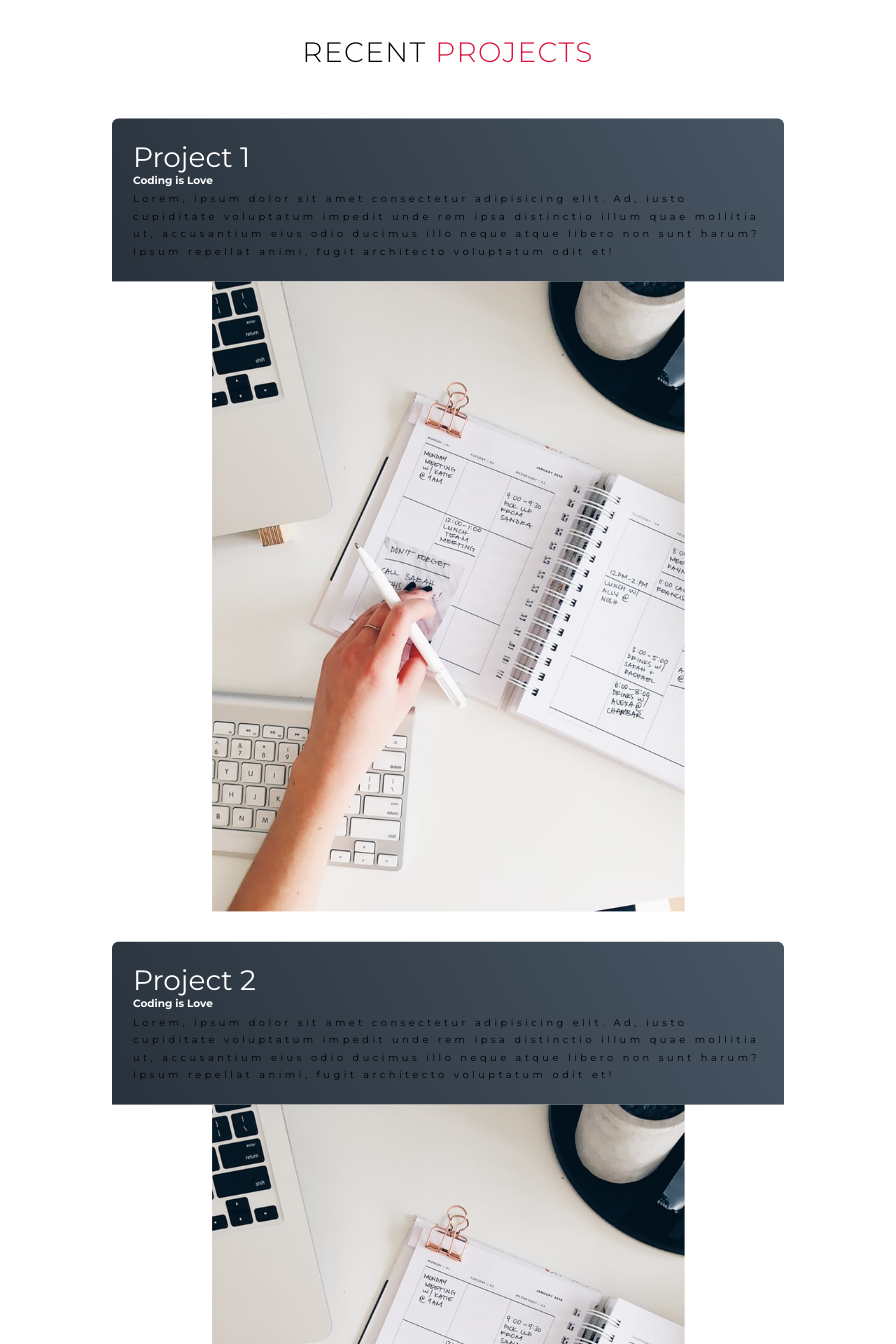
Repository: randysteele/my-portfolio-2023
Page: index.html
These files come from the project's save history. The page is drawn as it stood at one moment and after the next save; the edit follows.
The browser window is 1280 px wide. The pictures show the part of the page from y = 2230 to 4150 px (the page is 8372 px tall before and 8387 px after), at 70% of full size.

Above is the page before, as saved 2023-04-23 15:49:47.

After the next save:
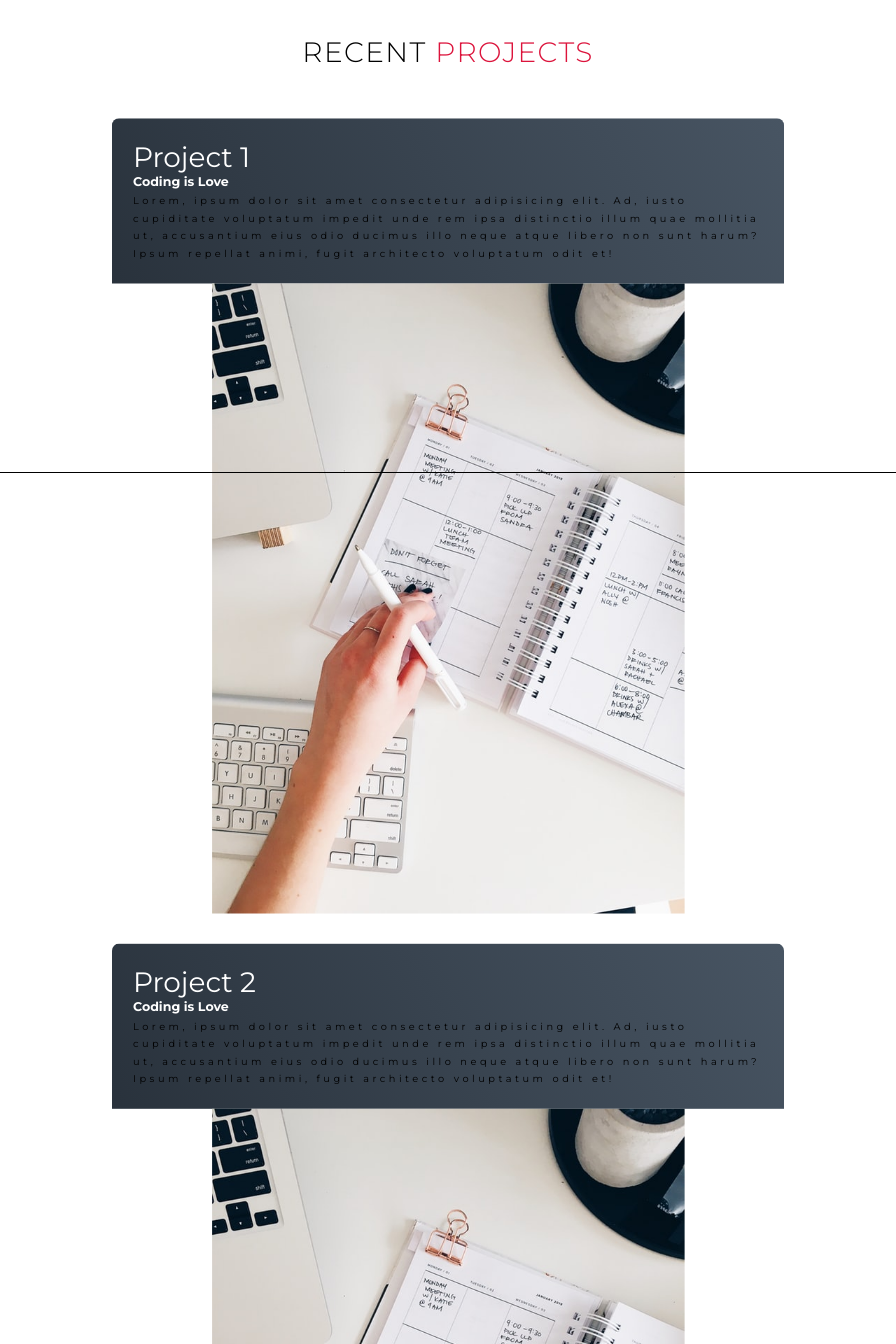
Saved 24 s later.
--- a/style.css
+++ b/style.css
@@ -261,6 +261,9 @@ margin-bottom: 50px;
     font-weight: 500;
 }
 
+#projects .project-info h2{
+ font-size: 1.8rem;
+}
 
 
 
